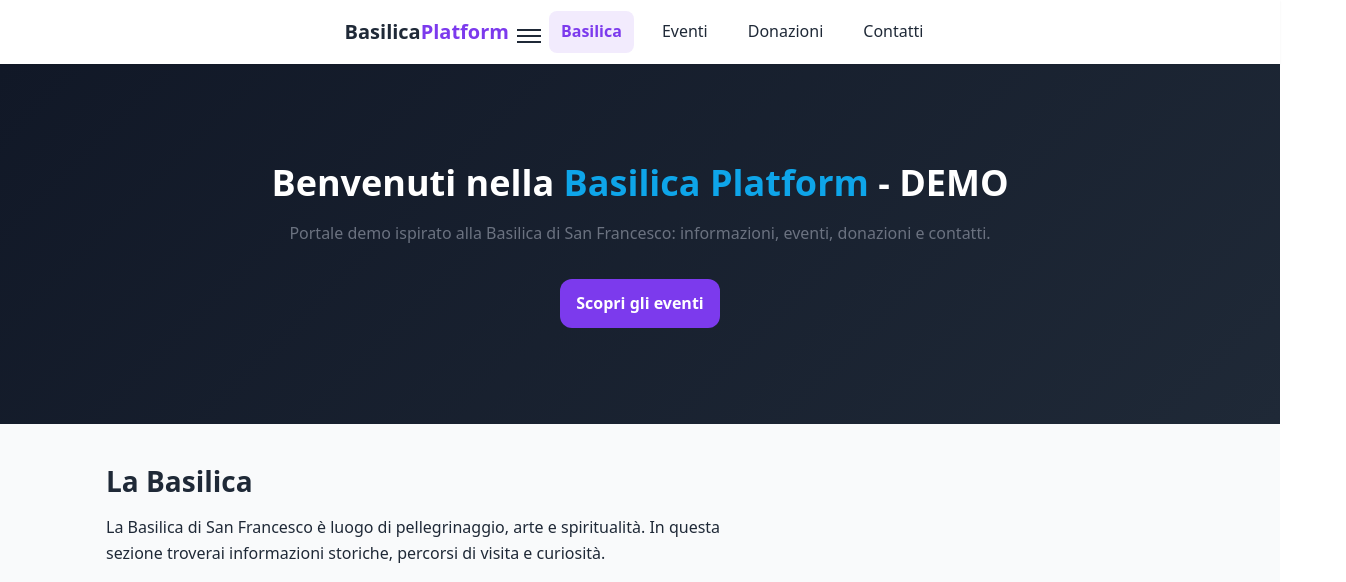
Repository: leacappello/basilica-platform
Page: index.html
These files come from the project's save history. The page is drawn as it stood at one moment and after the next save; the edit follows.
The browser window is 1280 px wide. The page is 1346 px wide, so the pictures cover 1346 px, including what lies to the right of the window. The pictures show the part of the page from y = 0 to 582 px (the page is 3021 px tall before and 3058 px after).
Pictures or frames that could not be fetched are drawn as grey boxes.

Above is the page before, as saved 2025-09-05 15:28:30.
Console error (its wording comes from the project's code and is left out).

After the next save:
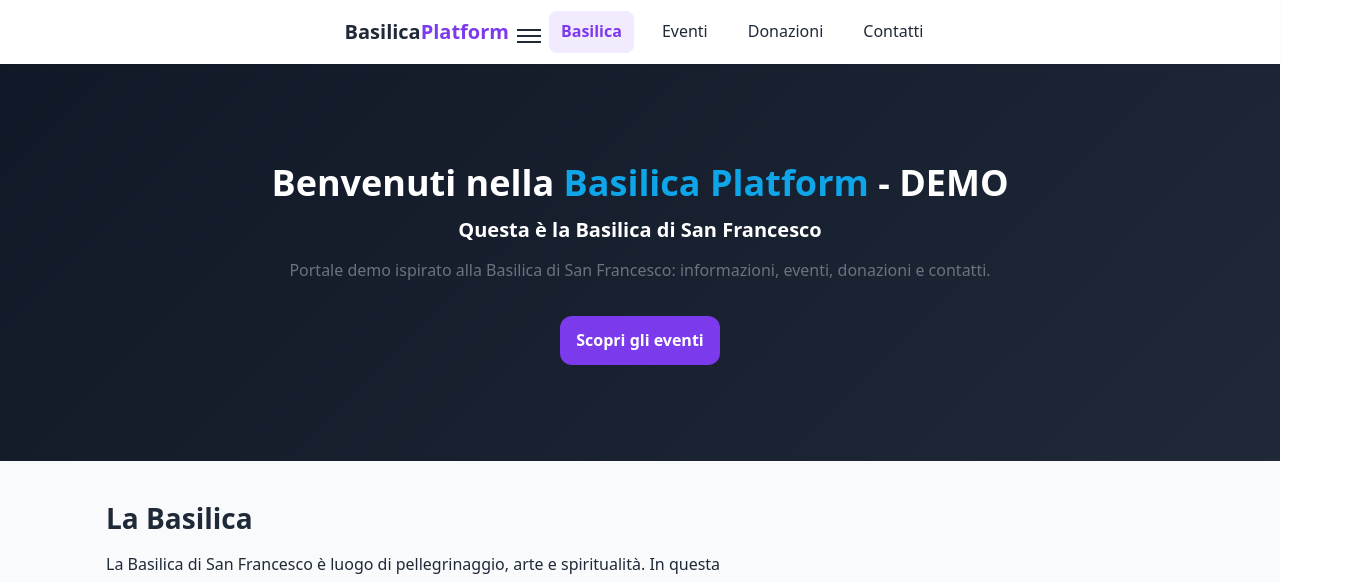
Saved 13 min 48 s later.
--- a/index.html
+++ b/index.html
@@ -69,6 +69,7 @@
           <h1 id="hero-title">
             Benvenuti nella <span class="accent">Basilica Platform</span> - DEMO
           </h1>
+          <h3>Questa è la Basilica di San Francesco</h3>
 
           <p class="muted">
             Portale demo ispirato alla Basilica di San Francesco: informazioni,
